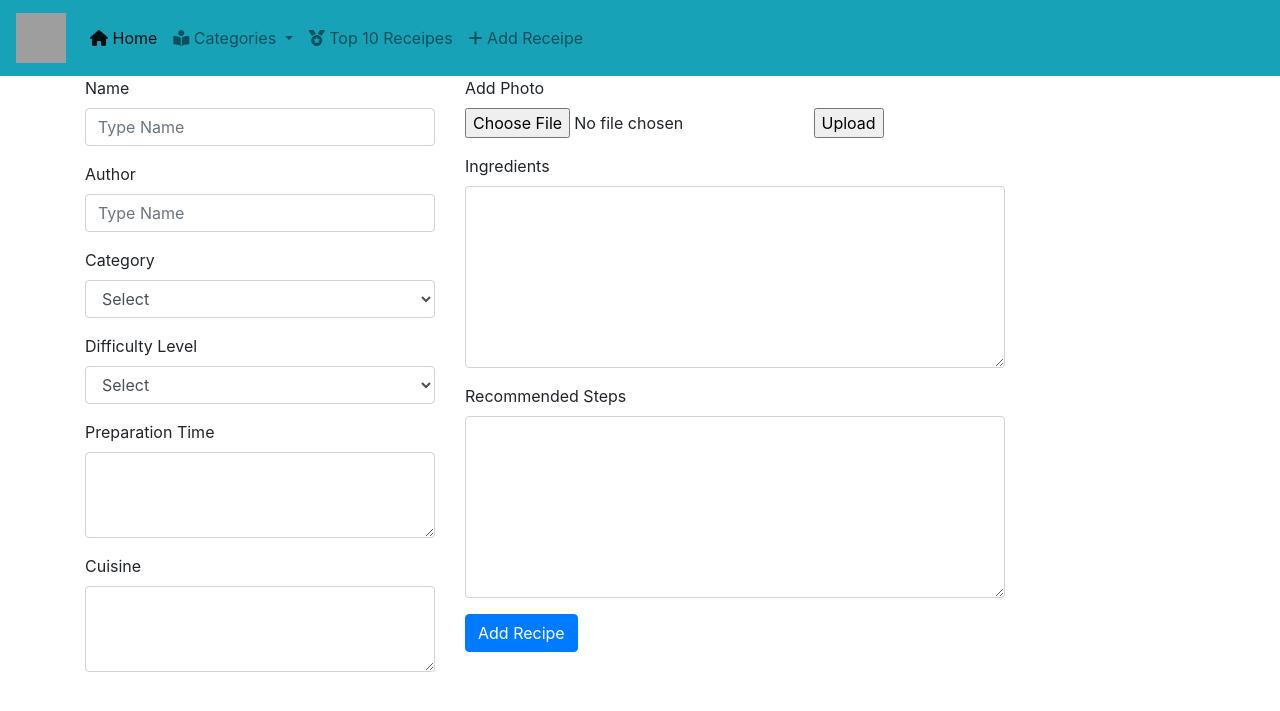
Repository: toderas/Flask-Cook-Book
Page: templates/addrecipe.html
The author's editor kept a record of every edit. The page is drawn from the files as they stood at one moment, then again after the next edit.
The browser window is 1280 px wide. The pictures show the whole page.
Pictures or frames that could not be fetched are drawn as grey boxes. Some web libraries are served in a nearby version. The page is served by the project's application, run on Flask 3 (cookbook.py). The template is opened directly, without the code that normally fills it, so the values that code supplies are empty.

Above is the page before.

### templates/addrecipe.html
{% extends 'home.html'%} {% block content %}
<div class="container">
  <form action="{{url_for('insert_recipe')}}" method="POST" enctype="multipart/form-data">
    <div class="row">
      <div class="col-12 col-md-4">
        <div class="form-group">
          <label for="exampleFormControlSelect1">Name</label>
          <input type="text" required class="form-control" id="dish_name" name="dish_name" placeholder="Type Name">
        </div>
        <div class="form-group">
          <label for="exampleFormControlSelect1">Author</label>
          <input type="text" class="form-control" id="dish_author" name="dish_author" placeholder="Type Name">
        </div>
        <div class="form-group">
          <label for="exampleFormControlSelect1">Category</label>
          <select class="form-control" id="categories" name="category_name">
            <option value="" selected disabled>Select</option>
            {% for course in categories %}
              <option value="{{course.category_name}}">{{course.category_name}}</option>
            {% endfor %}
          </select>
        </div>
        <div class="form-group">
          <label for="dish_required_skill">Difficulty Level</label>
          <select class="form-control" id="dish_required_skill" name="dish_required_skill">
      <option selected disabled>Select</option>
      {% for required in skills %}
                      <option value="{{required.skill_name}}">{{required.skill_name}}</option>
                  {% endfor %}
    </select>
        </div>

        <div class="form-group">
          <label for="exampleFormControlTextarea1">Preparation Time</label>
          <textarea class="form-control" name="dish_prep_time" id="exampleFormControlTextarea1" rows="3"></textarea>
        </div>
        <div class="form-group">
          <label for="exampleFormControlTextarea1">Cuisine</label>
          <textarea name="dish_origin_cuisine" class="form-control" id="exampleFormControlTextarea1" rows="3"></textarea>
        </div>

      </div>
      <div class="col-md-6">

        <!--Picture Upload -->
       <label for="exampleFormControlTextarea1">Add Photo</label>
        <form action="" method="POST" enctype="multipart/form-data">
          <p><input type=file name=file id="upload_file">
            <input type=submit value=Upload>
        </form>
        <div class="form-group">
          <label for="exampleFormControlTextarea1">Ingredients</label>
          <textarea class="form-control" name="dish_ingredients" id="exampleFormControlTextarea1" rows="7"></textarea>
        </div>
        <div class="form-group">
          <label for="exampleFormControlTextarea1">Recommended Steps</label>
          <textarea class="form-control" name="dish_preparation_steps" id="exampleFormControlTextarea1" rows="7"></textarea>
        </div>
        <button class="btn btn-primary" type="submit">Add Recipe</button>
      </div>
    </div>
  </form>
</div>

{% endblock %}

### templates/home.html
<!DOCTYPE html>
<html lang="en">

<head>
  <meta charset="UTF-8">
  <meta name="viewport" content="width=device-width, initial-scale=1.0">
  <meta http-equiv="X-UA-Compatible" content="ie=edge">
  <!--CSS-->
  <link rel="stylesheet" href="{{url_for('static', filename='css/style.css')}}" type="text/css" />
  <!--Bootstrap-->
  <link rel="stylesheet" href="https://stackpath.bootstrapcdn.com/bootstrap/4.1.3/css/bootstrap.min.css" integrity="sha384-MCw98/SFnGE8fJT3GXwEOngsV7Zt27NXFoaoApmYm81iuXoPkFOJwJ8ERdknLPMO" crossorigin="anonymous">

  <title>Document</title>
</head>

<body>
  <nav class="navbar navbar-expand-lg navbar-light bg-info">
    <a class="navbar-brand" href="{{url_for('recipes')}}"><img class="logo-image" alt="chef logo" src="https://encrypted-tbn0.gstatic.com/images?q=tbn:ANd9GcRTUhnKjobAOjmlVUzxfUoGj2VBu2mOXKPmnmZjkuTfKeNhWaxOfg"></img></a>
    <button class="navbar-toggler" type="button" data-toggle="collapse" data-target="#navbarNavDropdown" aria-controls="navbarNavDropdown" aria-expanded="false" aria-label="Toggle navigation">
    <span class="navbar-toggler-icon"></span>
  </button>
    <div class="collapse navbar-collapse" id="navbarNavDropdown">
      <ul class="navbar-nav">
        <li class="nav-item active">
          <a class="nav-link" href="{{url_for('recipes')}}"> <i class="fas fa-home"></i> Home <span class="sr-only">(current)</span></a>
        </li>
        <li class="nav-item dropdown">
          <a class="nav-link dropdown-toggle" href="#" id="navbarDropdownMenuLink" role="button" data-toggle="dropdown" aria-haspopup="true" aria-expanded="false">
           <i class="fas fa-book-reader"></i> Categories
        </a>
          <div class="dropdown-menu" aria-labelledby="navbarDropdownMenuLink">
            <a class="dropdown-item" href="{{url_for('aperitif')}}">Aperitifs</a>
            <a class="dropdown-item" href="{{url_for('starter')}}">Starters</a>
            <a class="dropdown-item" href="{{url_for('intermediate')}}">Intermediate</a>
            <a class="dropdown-item" href="{{url_for('main')}}">Mains</a>
            <a class="dropdown-item" href="{{url_for('dessert')}}">Desserts</a>
          </div>
        </li>
        <li class="nav-item">
          <a class="nav-link" href="#"> <i class="fas fa-medal"></i> Top 10 Receipes</a>
        </li>
        <li class="nav-item">
          <a class="nav-link" href="{{url_for('addrecipe')}}"><i class="fas fa-plus"></i> Add Receipe</a>
        </li>
      </ul>
    </div>
  </nav>
  {% block content %} {% endblock %}

</body>
<!--Font Awesome-->
<script src="https://kit.fontawesome.com/9e425c7d13.js"></script>
<!--Bootstrap js-->
<script src="https://code.jquery.com/jquery-3.3.1.slim.min.js" integrity="sha384-q8i/X+965DzO0rT7abK41JStQIAqVgRVzpbzo5smXKp4YfRvH+8abtTE1Pi6jizo" crossorigin="anonymous"></script>
<script src="https://cdnjs.cloudflare.com/ajax/libs/popper.js/1.14.3/umd/popper.min.js" integrity="sha384-ZMP7rVo3mIykV+2+9J3UJ46jBk0WLaUAdn689aCwoqbBJiSnjAK/l8WvCWPIPm49" crossorigin="anonymous"></script>
<script src="https://stackpath.bootstrapcdn.com/bootstrap/4.1.3/js/bootstrap.min.js" integrity="sha384-ChfqqxuZUCnJSK3+MXmPNIyE6ZbWh2IMqE241rYiqJxyMiZ6OW/JmZQ5stwEULTy" crossorigin="anonymous"></script>

</html>

### cookbook.py
import os
from flask import Flask, render_template, redirect, request, url_for, request
from flask_pymongo import PyMongo
from bson.objectid import ObjectId

app=Flask(__name__)

app.config["MONGO_DBNAME"] = 'cook-book'
app.config["MONGO_URI"] = 'mongodb+srv://tode:1Martie1998@myfirstcluster-dxyoc.mongodb.net/cook-book?retryWrites=true&w=majority'

mongo = PyMongo(app)



@app.route("/")
def hello():
    return "Hello World!"



if __name__ == '__main__':
    app.run(host=os.environ.get('IP'),
            port=int(os.environ.get('PORT')),
            debug=True)

#if __name__ == '__main__':
  #  app.run(host='0.0.0.0', port=8080, debug=True)

### static/css/style.css
.logo-image {
    width: 50px;
    height: 50px;
}
.list-inline-item:not(:last-child) {
    margin: 0 !important;
}

After the next edit:
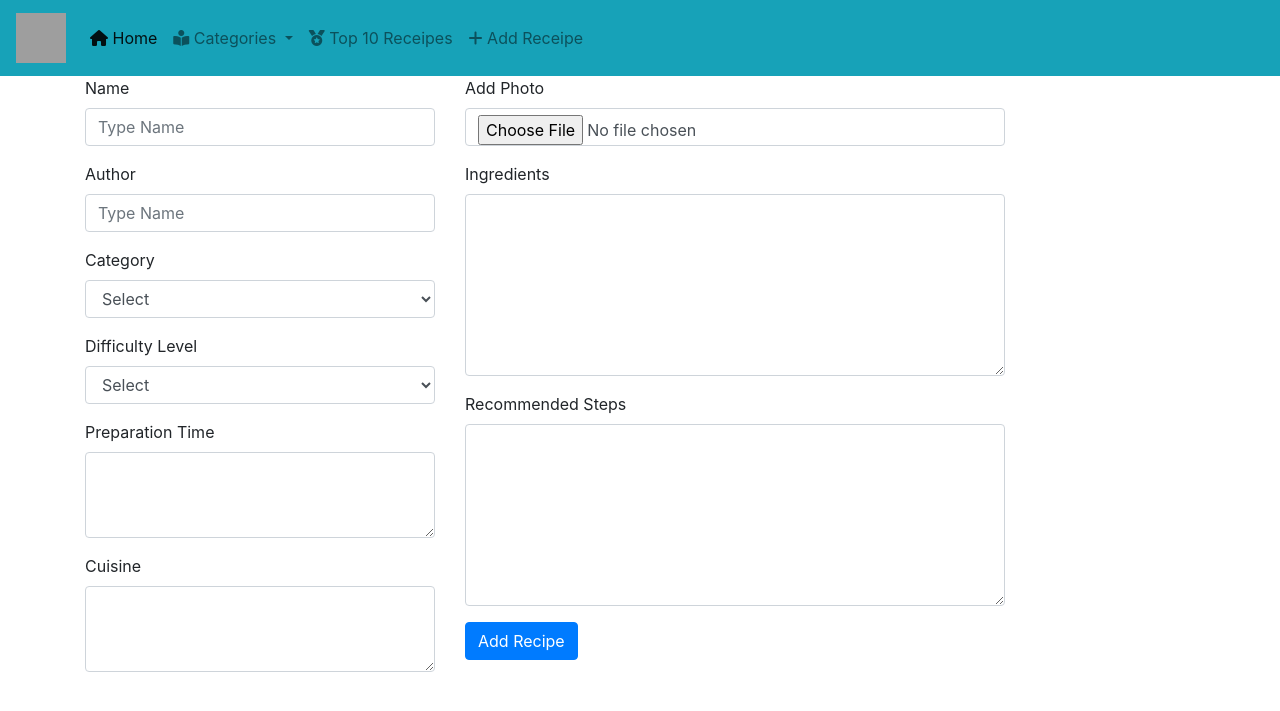
The edit:
--- a/templates/addrecipe.html
+++ b/templates/addrecipe.html
@@ -44,9 +44,8 @@
 
         <!--Picture Upload -->
        <label for="exampleFormControlTextarea1">Add Photo</label>
-        <form action="" method="POST" enctype="multipart/form-data">
-          <p><input type=file name=file id="upload_file">
-            <input type=submit value=Upload>
+        <form>
+          <p><input class="form-control" type="file" name="dish_photo" id="upload_file">
         </form>
         <div class="form-group">
           <label for="exampleFormControlTextarea1">Ingredients</label>
